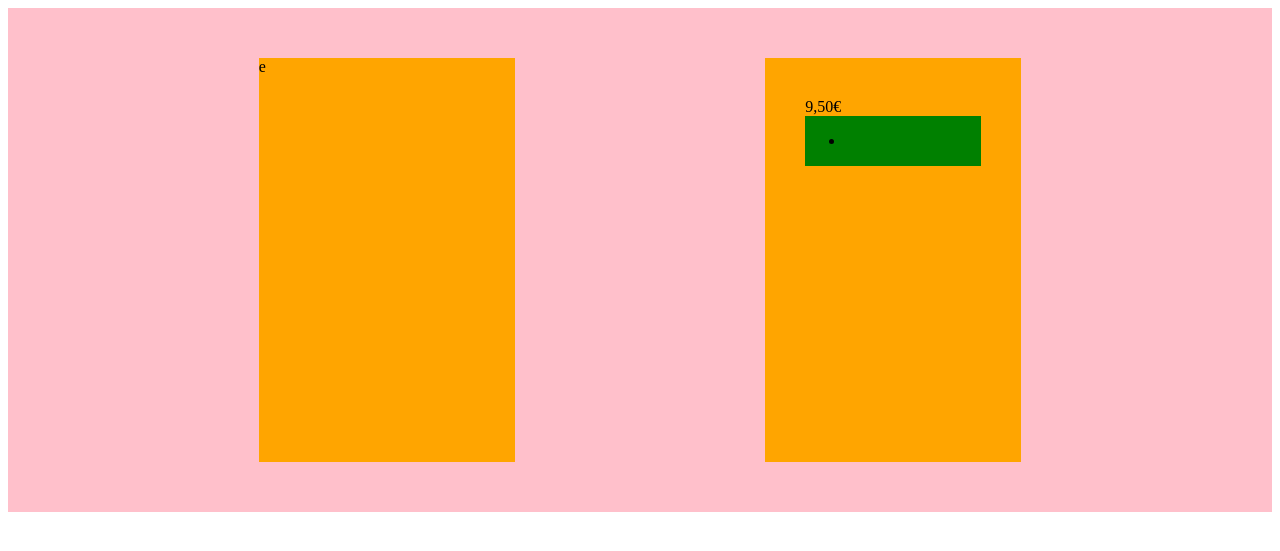
Repository: mel-in-a/vinted-front-clone
Page: html/offer.html
An editor plug-in stored every save of this project. The page is shown before and after a run of saves, followed by the edit.
The browser window is 1280 px wide. The pictures show the whole page.

Above is the page before, as saved 2021-07-29 16:26:47.

### html/offer.html
<!DOCTYPE html>
<html lang="en">
<head>
    <meta charset="UTF-8">
    <meta http-equiv="X-UA-Compatible" content="IE=edge">
    <meta name="viewport" content="width=device-width, initial-scale=1.0">
    <link rel="stylesheet" href="/offer.css">
    <title>Document</title>
</head>
<body>
    <div class="container-fluid">
        <div class="container-fluid">
            <div class="left">e</div>
            <div class="right">
                <div class="price">9,50€</div>
                <div class="horizontal">
                    <div class="">
                        <ul>
                            <li></li>
                        </ul>
                    </div>
                    <div class=""></div>
                </div>
            </div>
          </div>
    </div>
</body>
</html>

### html/offer.css
.container-fluid {
    width: 100%;
    display: flex;
    background-color:pink;
    height: 70vh;
    justify-content: space-evenly;
    align-items: center;

  }

  .left, .right {
    width: 20vw;
    background-color: orange;
    height: 80%;
  }

  .right {
      padding: 40px;
      box-sizing: border-box;
  }

  .horizontal {
      display: flex;
      background-color:green


  }

After the next 2 saves:
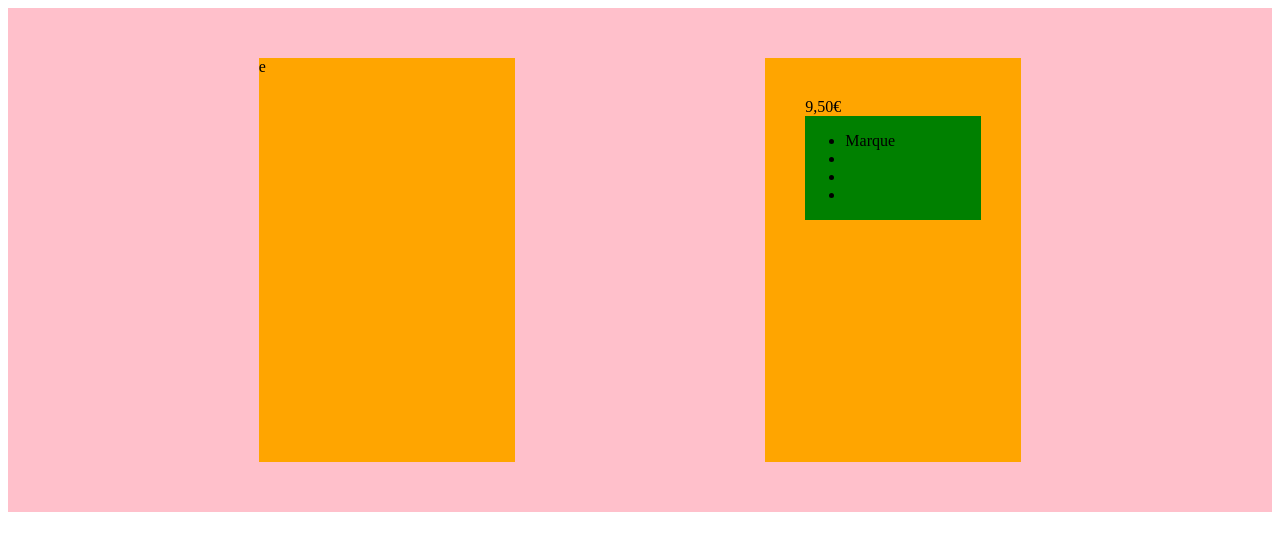
The 2 saves are shown as one change because they came seconds apart.
The last was saved 7 s later.
--- a/html/offer.html
+++ b/html/offer.html
@@ -16,6 +16,9 @@
                 <div class="horizontal">
                     <div class="">
                         <ul>
+                            <li>Marque</li>
+                            <li></li>
+                            <li></li>
                             <li></li>
                         </ul>
                     </div>
